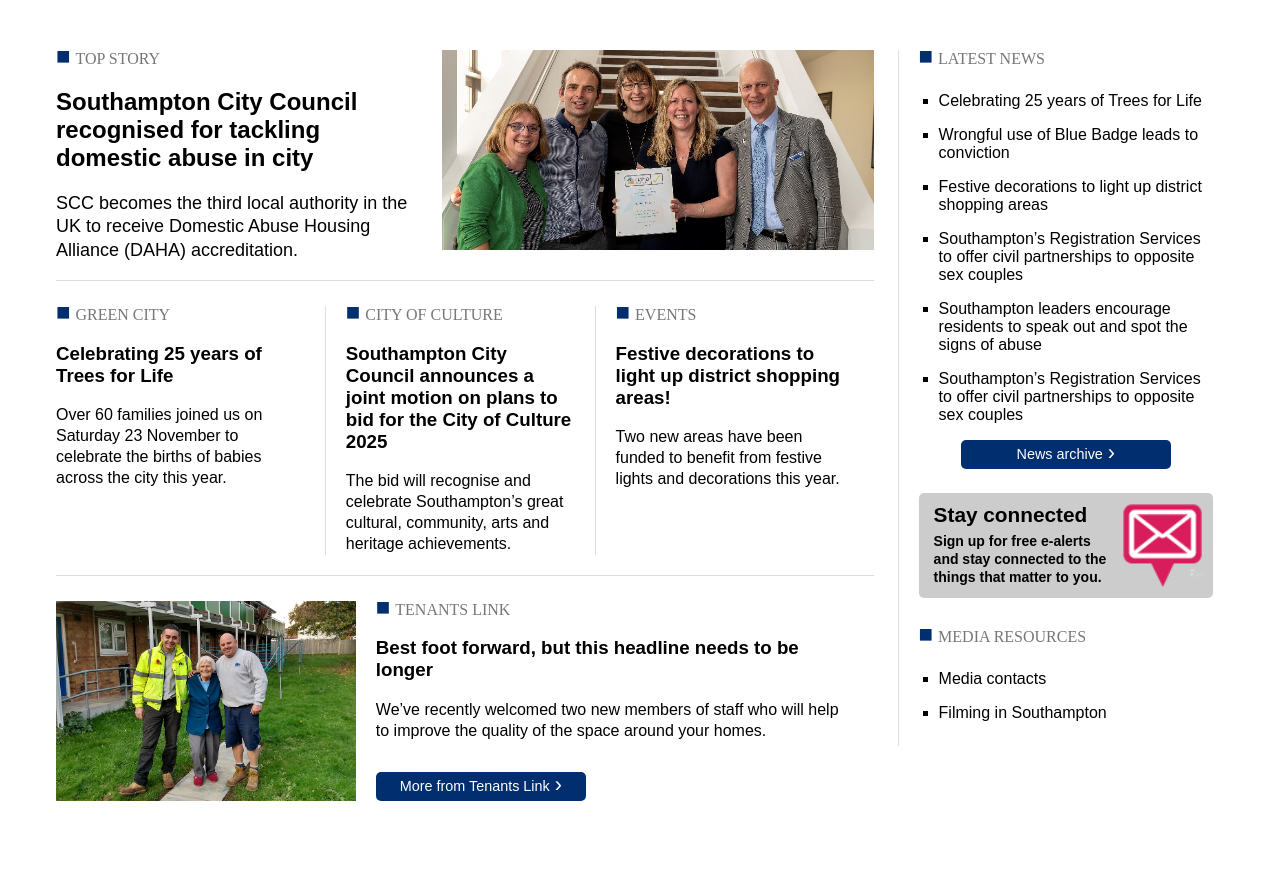
Repository: Domehead123/newspage
Page: index.html
The author's editor kept a record of every edit. The page is drawn from the files as they stood at one moment, then again after the next edit.
The browser window is 1280 px wide. The pictures show the whole page.
Some web libraries are served in a nearby version.

Above is the page before.

### index.html
<!DOCTYPE html>
<html lang="en">

<head>
    <meta charset="UTF-8">
    <meta name="viewport" content="width=device-width, initial-scale=1.0">
    <meta http-equiv="X-UA-Compatible" content="ie=edge">
    <script src="https://ajax.googleapis.com/ajax/libs/jquery/3.4.1/jquery.min.js"></script>

    <script src="https://kit.fontawesome.com/aae406265c.js" crossorigin="anonymous"></script>

    <link rel="stylesheet" href="news.css" type="text/css" />
    <title>News & Events</title>
</head>

<body>
    <div class="page-width">

        <div class="split-page">
            <div class="top-row">
                <div class="top-story">

                    <a href="#"><img class="top-large-pic" src="images/DAHA.jpg"></a>
                    <div class="subject-header">TOP STORY</div>


                    <h2><a href="#">

Southampton City Council recognised for tackling domestic abuse in city</a></h2>
                    <p><a href="#"><img class="top-small-pic" src="images/DAHA.jpg">SCC becomes the third local authority in the UK to receive Domestic Abuse Housing Alliance (DAHA) accreditation.</a></p>
                </div>


            </div>

            <div class="latest-news">
                <div class="subject-header">LATEST NEWS</div>

                <ul>
                    <li><a href="#">Celebrating 25 years of Trees for Life</a></li>
                    <li><a href="#">Wrongful use of Blue Badge leads to conviction</a></li>
                    <li><a href="#">Festive decorations to light up district shopping areas</li>
                    <li><a href="#">Southampton’s Registration Services to offer civil partnerships to opposite sex couples</a></li>
                    <li><a href="#">Southampton leaders encourage residents to speak out and spot the signs of abuse</a></li>
                    <li><a href="#">Southampton’s Registration Services to offer civil partnerships to opposite sex couples</a></li>

                </ul>
                <p class="more centre"><a href="#">News archive</a></p>
            </div>


            <div class="middle-row">
                <div class="topic">
                    <div class="subject-header ">GREEN CITY</div>

                    <h3><a href="#">
Celebrating 25 years of Trees for Life
 </a></h3>
                    <p><a href="#">Over 60 families joined us on Saturday 23 November to celebrate the births of babies across the city this year.</a></p>
                </div>
                <div class="topic">
                    <div class="subject-header">CITY OF CULTURE</div>

                    <h3><a href="#">Southampton City Council announces a joint motion on plans to bid for the City of Culture 2025</a></h3>
                    <p><a href="#">The bid will recognise and celebrate Southampton’s great cultural, community, arts and heritage achievements.</a></p>
                </div>

                <div class="topic">
                    <div class="subject-header ">EVENTS</div>

                    <h3><a href="#">
Festive decorations to light up district shopping areas!
 </a></h3>
                    <p><a href="#">Two new areas have been funded to benefit from festive lights and decorations this year.</a></p>

                </div>

            </div>




            <div class="bottom-row">

                <div class="tenants-container">
                    <div class="tenants"><a href="#"><img class="bottom-large-pic" src="images/tenants.jpg"></a>

                        <div class="subject-header ">TENANTS LINK</div>

                        <h3><a href="#">Best foot forward, but this headline needs to be longer</a></h3>
                        <p><a href="#"><img class="bottom-small-pic" src="images/tenants.jpg">We’ve recently welcomed two new members of staff who will help to improve the quality of the space around your homes. </a></p>

                    </div>
                    <p class="more"><a href="#">More from Tenants Link</a></p>
                </div>




            </div>




        </div>

        <div class="side-panel">

            <div class="latest-news">
                <div class="subject-header">LATEST NEWS</div>

                <ul>
                    <li><a href="#">Celebrating 25 years of Trees for Life</a></li>
                    <li><a href="#">Wrongful use of Blue Badge leads to conviction</a></li>
                    <li><a href="#">Festive decorations to light up district shopping areas</li>
                    <li><a href="#">Southampton’s Registration Services to offer civil partnerships to opposite sex couples</a></li>
                    <li><a href="#">Southampton leaders encourage residents to speak out and spot the signs of abuse</a></li>
                    <li><a href="#">Southampton’s Registration Services to offer civil partnerships to opposite sex couples</a></li>
                </ul>
                <p class="more centre"><a href="#">News archive</a></p>
            </div>

                <div class="connected">

                    <a href="#"><img src="images/connected.png"></a>
                    <h2><a href="#">Stay connected</a></h2>

                    <p><a href="#">Sign up for free e-alerts and stay connected to the things that matter to you.</a></p>
                </div>

                <div class="latest-news">

                    <div class="subject-header ">MEDIA RESOURCES</div>

                    <ul>
                        <li><a href="# ">Media contacts</a></li>
                        <li><a href="# ">Filming in Southampton</a></li>

                    </ul>
                </div>


        </div>






    </div>






</body>

</html>

### news.css
/* REMOVE LEFT-HAND NAV */

.sidebar__content {
    display: none !important;
}

.page-body {
    left: 0 !important;
    width: 100% !important;
    font-size: 20px;
}

.page-width {
    max-width: 1168px;
    margin: 50px auto;
    padding: 0 25px;
}


/* GENERAL STYLING AND LINKS */

h2,
h3,
h4,
li,
p {
    font-family: "franklin-gothic-urw", sans-serif;
}


p {
    font-size: 18px;
    line-height: 130%;
}


a {
    color: #000;
    text-decoration: none;
    transition: 0.4s all;
}

.centre {
    margin: 0 auto;
}


.topic:hover a,
.top-story:hover a,
.tenants:hover a,
.latest-news a:hover,
.connected:hover a,
.more a:hover,
.media a:hover {
    text-decoration: underline;
}

.subject-header {
    color: #777;
}

.subject-header:before {
    content: "\25A0";
    line-height: 0;
    font-size: 1.5em;
    color: #002e6f;
    margin-right: 5px;
}

/* MAIN CONTENT */

.split-page {
    display: inline-block;
    vertical-align: top;
    width: 70%;
}


.split-page .latest-news {
    padding: 25px 0;
    display: none;
    border-bottom: 1px solid #ddd;
    margin-bottom: 0;
}

.top-row {
    display: flex;
    border-bottom: 1px solid #ddd;
}

.middle-row {
    clear: both;
    display: flex;
    flex-wrap: wrap;
    border-bottom: 1px solid #ddd;
    padding: 25px 0 20px 0;
}

.bottom-row {
    clear: both;
    display: flex;
    padding: 25px 0;
}

.top-story {
    margin: 0;
    box-sizing: border-box;
}

.top-story::after {
    content: "";
    clear: both;
    display: table;
}


.top-large-pic {
    display: block;
    margin: 0 0 20px 20px;
    height: 200px;
    float: right;
}

.top-small-pic {
    display: none;
    float: right;
    margin: 0 0 20px 20px;
    height: 100px;
}

.topic {
    width: 33%;
    padding: 0 20px;
    box-sizing: border-box;
    display: inline-block;
    vertical-align: top;
}

.right-border {}

.topic p {
    font-size: 16px;
    margin-bottom: 0;
}

.tenants p {
    font-size: 16px;
}

.topic:nth-child(1) {
    padding: 0 20px 0 0;
    border-right: 1px solid #ddd;
}

.topic:nth-child(2) {
    border-right: 1px solid #ddd;
}

.lower-stories {
    border-right: 1px solid #ddd;
}

.bottom-large-pic {
    height: 200px;
    margin-right: 20px;
    float: left;
}

.bottom-small-pic {
    display: none;
    float: right;
    margin: 0 0 20px 20px;
    height: 100px;
}

.tenants-container {
    margin-right: 20px;
    box-sizing: border-box;
    display: inline-block;
    vertical-align: top;
}

.more {
    font-size: 0.9em;
    background: #002e6f;
    width: 200px;
    padding: 5px;
    text-align: center;
    border-radius: 5px;
}

.tenants-container .more {
    float: left;
}

.more a {
    color: #fff;
}

.more::after {
    content: "\203A";
    color: #fff;
    font-size: 1.5em;
    line-height: 0;
    margin-left: 5px;
    position: relative;
    top: 1px;
}



/* SIDE PANEL */

.side-panel {
    display: inline-block;
    vertical-align: top;
    width: 27%;
    margin-left: 20px;
    border-left: 1px solid #ddd;
    padding-left: 20px;
    box-sizing: border-box;
}

.latest-news {
    margin-bottom: 1.5em;
}

.latest-news ul,
.media ul {
    padding: 0 0 0 20px;
    margin-top: 1.5em;
}

.latest-news ul li,
.media ul li {
    margin: 0 0 1em 0;
    font-size: 16px;
    list-style-type: square;
}

.extras {
    display: flex;
    flex-wrap: wrap;
}


.connected {
    background: #ccc;
    padding: 10px 10px 10px 15px;
    border-radius: 5px;
    margin-bottom: 30px;
    width: 100%;
    box-sizing: border-box;
}

.connected img {
    float: right;
    height: 85px;
    margin-left: 10px;
}

.connected h2 {
    font-size: 1.3em;
    margin: 0 0 5px 0;
}

.connected p {
    font-size: 14px;
    font-weight: bold;
    margin: 0;
}


.connected::after {
    content: "";
    clear: both;
    display: table;
}

.media {
    width: 100%;

}

.media img {
    float: left;
    width: 30%;
    margin-right: 15px;
}

.media ul {
    padding: 0 0 0 20px;
    margin-top: 1.5em;
    margin-bottom: 0;
    display: inline-block;
    box-sizing: border-box;
    width: 60%;
}

.media ul li {
    margin: 0 0 1em 0;
    list-style-type: square;
    font-size: 14px;
}

.extras {
    display: flex;
}


@media only screen and (max-width: 1000px) {
    .split-page {
        width: 100%;
    }

    .side-panel {
        width: 100%;
        border-left: 0;
        margin: 0;
        padding: 0;
    }

    .split-page .latest-news {
        display: block
    }

    .side-panel .latest-news {
        display: none;
    }

    .connected {
        width: 45%;
        margin-right: 25px;
        margin-bottom: 0;
    }

    .media {
        width: 45%;
        border: 1px solid #ddd;
        padding: 15px;
        border-radius: 5px;
        box-sizing: content-box;
    }

}


@media only screen and (max-width: 750px) {
    .top-large-pic {
        display: none;
    }

    .top-small-pic {
        display: block;
    }

    .bottom-large-pic {
        display: none;
    }

    .bottom-small-pic {
        display: block;
    }

    .tenants-container {
        margin-right: 0;
    }

    .tenants-container .more {
        float: none;
        margin: 10px auto;
        clear: both;
    }

}


@media only screen and (max-width: 660px) {
    .connected {
        width: 100%;
        margin-right: 0;
        margin-bottom: 25px;
    }

    .media {
        width: 100%;
    }

    .media img {
        height: 100px;
        width: auto;
    }



}


@media only screen and (max-width: 600px) {
    .topic {
        width: 100%;
    }

    .topic:nth-child(1) {
        padding: 0 0 25px 0;
        border-right: 0;
        border-bottom: 1px solid #ddd;
    }

    .topic:nth-child(2) {
        padding: 25px 0;
        border-right: 0;
        border-bottom: 1px solid #ddd;
    }

    .topic:nth-child(3) {
        padding: 25px 0 0 0;
    }


}



@media only screen and (max-width: 450px) {

    .top-small-pic,
    .bottom-small-pic {
        height: auto;
        width: 100%;
    }
}



@media only screen and (max-width: 400px) {

    .media img {
        display: none;
    }
}

After the next edit:
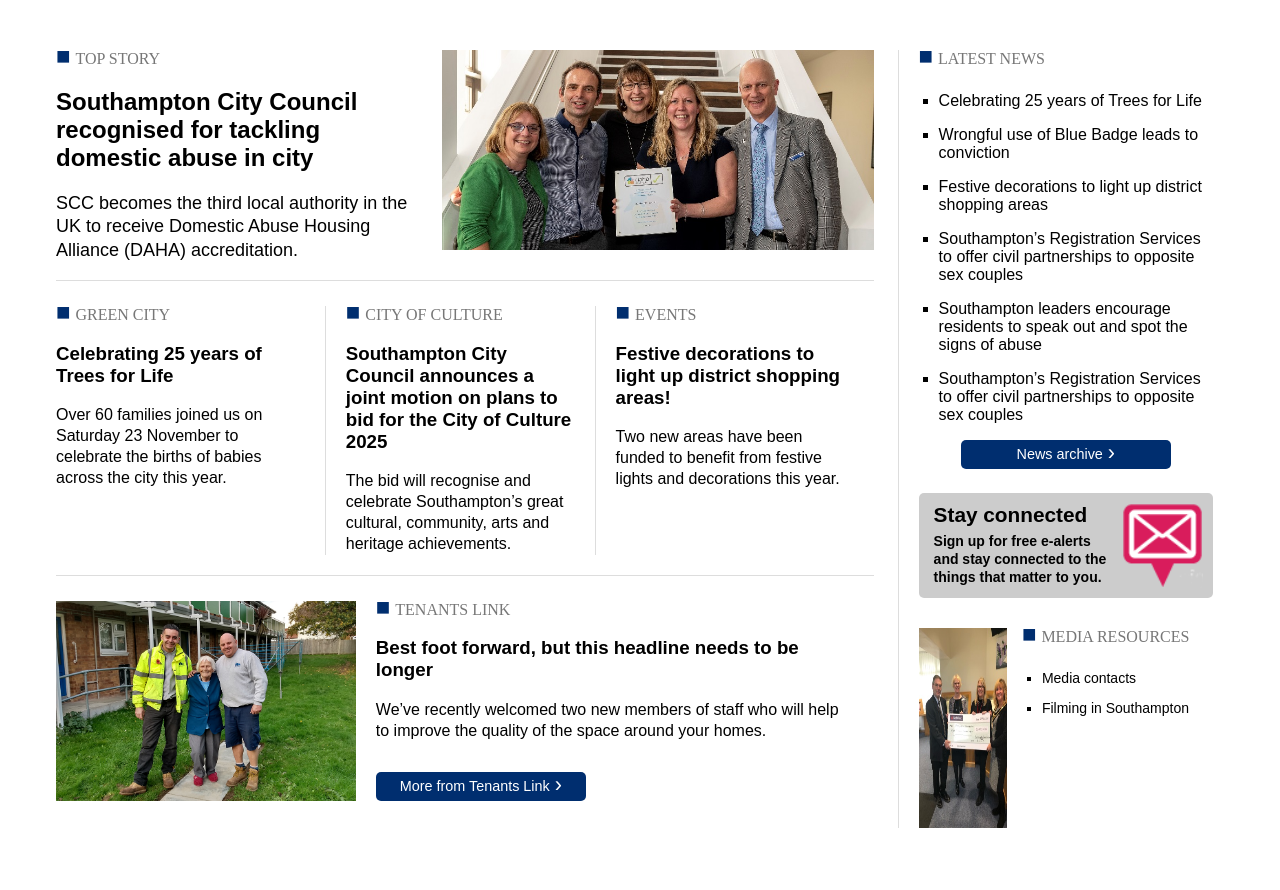
The edit:
--- a/index.html
+++ b/index.html
@@ -120,24 +120,24 @@
                 <p class="more centre"><a href="#">News archive</a></p>
             </div>
 
-                <div class="connected">
+            <div class="connected">
 
-                    <a href="#"><img src="images/connected.png"></a>
-                    <h2><a href="#">Stay connected</a></h2>
+                <a href="#"><img src="images/connected.png"></a>
+                <h2><a href="#">Stay connected</a></h2>
 
-                    <p><a href="#">Sign up for free e-alerts and stay connected to the things that matter to you.</a></p>
-                </div>
+                <p><a href="#">Sign up for free e-alerts and stay connected to the things that matter to you.</a></p>
+            </div>
 
-                <div class="latest-news">
+            <div class="media">
+                <img class="bottom-large-pic" src="images/lipstick.jpg">
+                <div class="subject-header ">MEDIA RESOURCES</div>
 
-                    <div class="subject-header ">MEDIA RESOURCES</div>
+                <ul>
+                    <li><a href="# ">Media contacts</a></li>
+                    <li><a href="# ">Filming in Southampton</a></li>
 
-                    <ul>
-                        <li><a href="# ">Media contacts</a></li>
-                        <li><a href="# ">Filming in Southampton</a></li>
-
-                    </ul>
-                </div>
+                </ul>
+            </div>
 
 
         </div>
